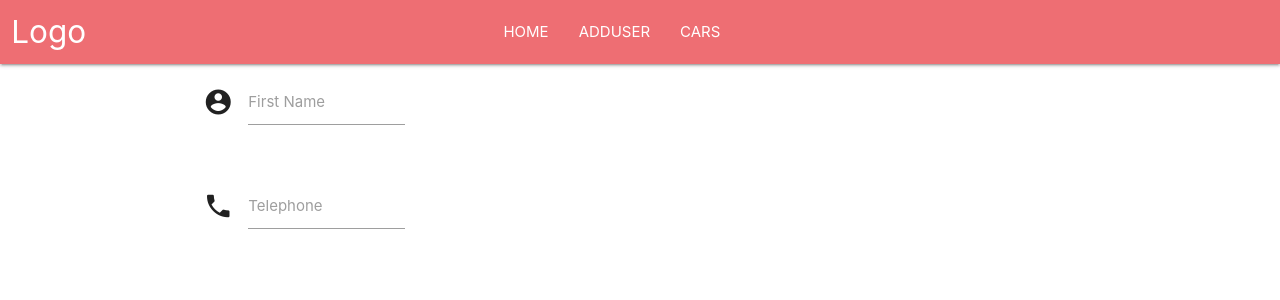
Repository: JenyaIII-sudo/Cars
Page: /Add
The author's editor kept a copy of each file at every save. The page is drawn from the files as they stood at one save, then again after the next save.
The browser window is 1280 px wide. The pictures show the whole page.
The project was rebuilt for these pictures with package versions that can differ from the ones it lists, and the page was loaded fresh each time. Also part of the build but not shown: src/App.css, src/Components/Home.js. Imported but missing from the stored project, and not drawn on this page: src/Components/Cars.

Above is the page before, as saved 2019-11-24 15:37:42.

After the next save:
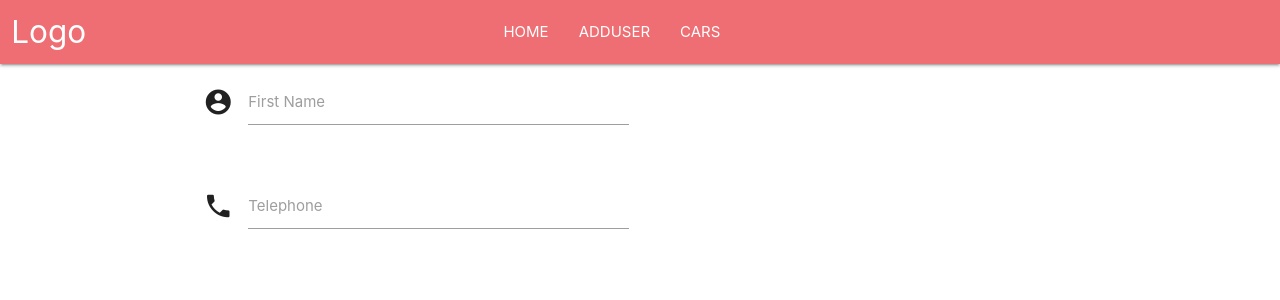
Saved 72 s later.
--- a/src/Components/AddUser.js
+++ b/src/Components/AddUser.js
@@ -5,14 +5,14 @@ const AddUser = () => {
     <div className="container">
       <form className="col s6">
         <div className="row">
-          <div className="input-field col s6">
+          <div className="input-field col s12">
             <i className="material-icons prefix">account_circle</i>
             <input id="icon_prefix" type="text" className="validate" />
             <label for="icon_prefix">First Name</label>
           </div>
         </div>
         <div className="row">
-          <div className="input-field col s6">
+          <div className="input-field col s12">
             <i className="material-icons prefix">phone</i>
             <input id="icon_telephone" type="tel" className="validate" />
             <label for="icon_telephone">Telephone</label>
